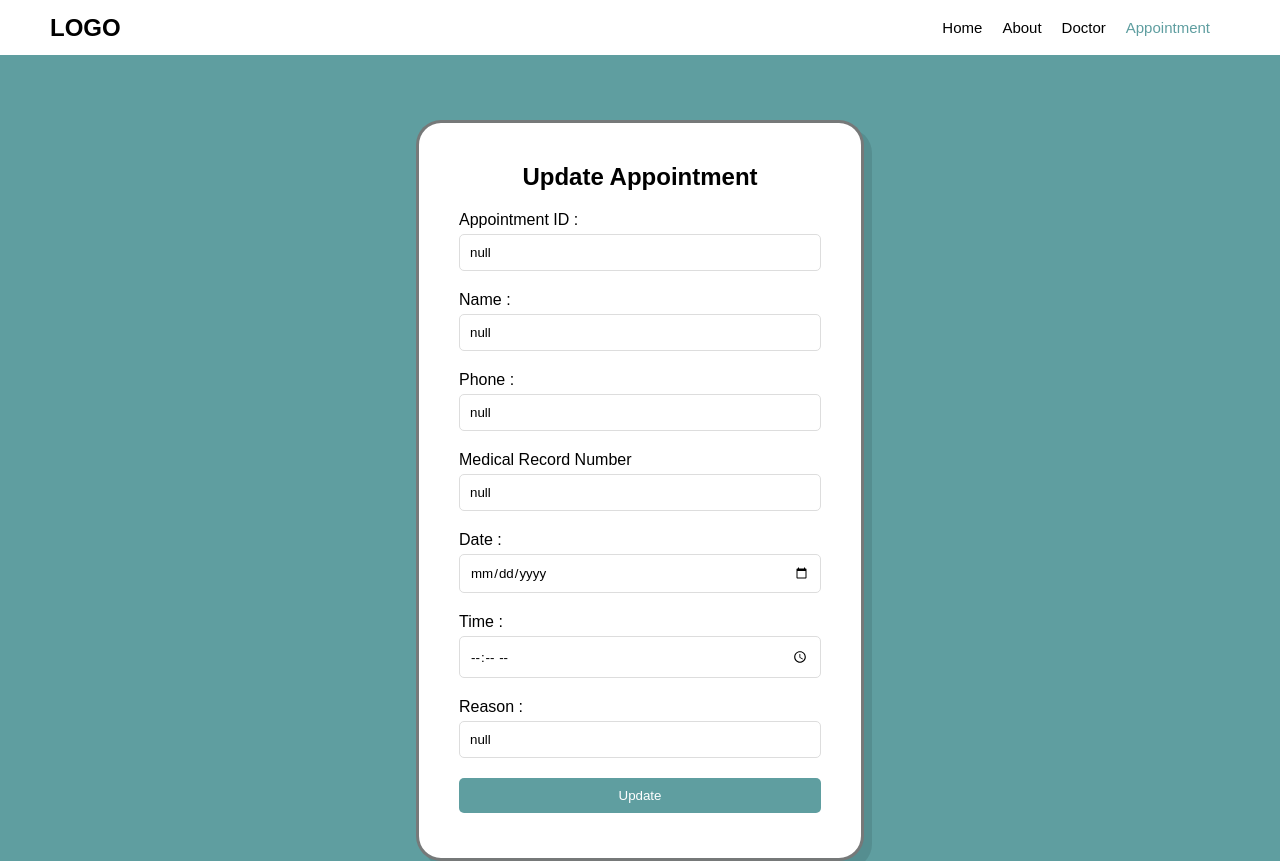
Repository: MonaliWatareka/echanneling
Page: http://localhost/PatientDemo/updateAppointment.jsp
The author's editor kept a copy of each file at every save. The page is drawn from the files as they stood at one save, then again after the next save.
The browser window is 1280 px wide. The pictures show the whole page.
The page is served by Tomcat 10.

Above is the page before, as saved 2024-10-13 04:24:01.

After the next save:
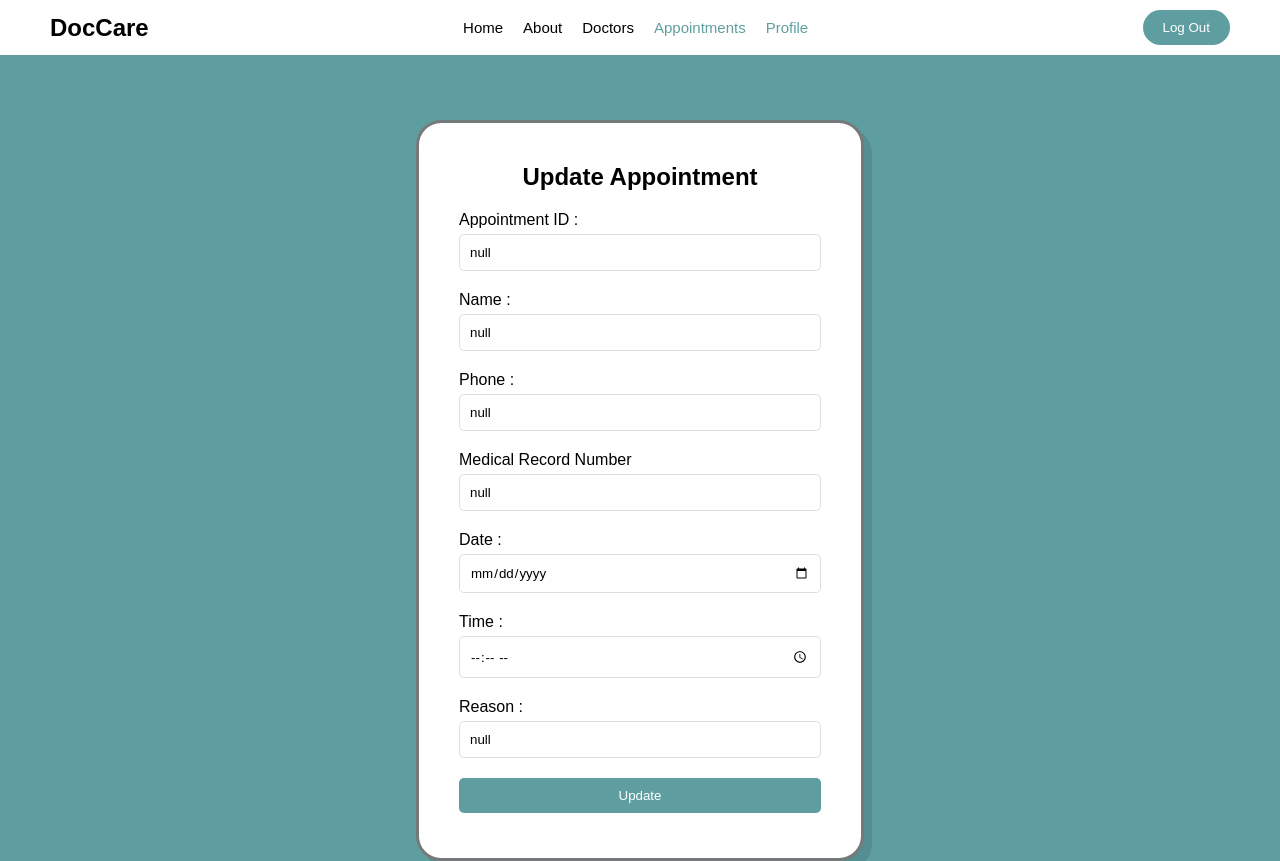
Saved 53 s later.
--- a/Project/PatientDemo/src/main/webapp/updateAppointment.jsp
+++ b/Project/PatientDemo/src/main/webapp/updateAppointment.jsp
@@ -18,19 +18,26 @@
 		String time = request.getParameter("time");
 		String reason = request.getParameter("reason");
 	%>
-	<div class="nav">
+	<!-- Navigation Bar -->
+    <div class="nav">
         <div class="nav-logo">
-            <p>LOGO</p>
+            <p>DocCare</p>
         </div>
         <div class="nav-menu">
             <ul>
-                <li><a href="login.html" class="link ">Home</a></li>
-                <li><a href="#" class="link">About</a></li>
-                <li><a href="#" class="link">Doctor</a></li>
-                <li><a href="#" class="link active">Appointment</a></li>
+                <li><a href="Home.jsp" class="link " >Home</a></li>
+                    <li><a href="About.jsp" class="link ">About</a></li>
+                    <li><a href="AvailabilityDisplayServlet" class="link ">Doctors</a></li>
+                    <li><a href="#" class="link active">Appointments</a></li>
+                    <li><a href="PatientAccServlet" class="link active">Profile</a></li>
             </ul>
         </div>
-     </div>
+        <div class="nav-button">
+                    <form action="logoutServlet" method="get">
+                        <button type="submit" class="btn">Log Out</button>
+                    </form>
+                </div>
+    </div>
 	<div class="wrapper">
 		<div class="form-box">
 			<header>Update Appointment</header>
